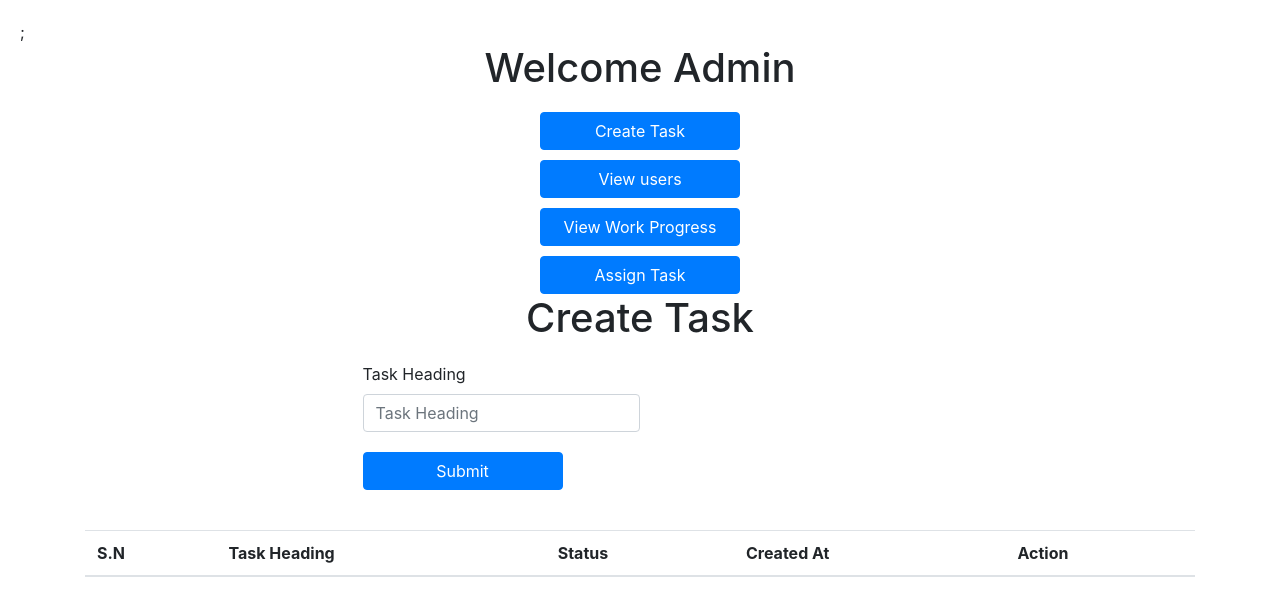
Repository: neha-rouniyar/taskmgmt
Page: http://localhost/admin/create-task
These files come from the project's save history. The page is drawn as it stood at one moment and after the next save; the edit follows.
The browser window is 1280 px wide. The pictures show the whole page.
Some web libraries are served in a nearby version. The page is served by the project's Laravel application, run on PHP 8.4 with Laravel 10. Other server files are loaded and not shown. Queries for data that is not in the repository find no rows.

Above is the page before, as saved 2023-12-16 00:01:14.

### routes/web.php
<?php

use App\Http\Controllers\AdminController;
use App\Http\Controllers\AssignTaskController;
use Illuminate\Support\Facades\Route;
use App\Http\Controllers\LoginController;
use App\Models\AssignTask;

/*
|--------------------------------------------------------------------------
| Web Routes
|--------------------------------------------------------------------------
|
| Here is where you can register web routes for your application. These
| routes are loaded by the RouteServiceProvider and all of them will
| be assigned to the "web" middleware group. Make something great!
|
*/

Route::get('/', function () {
    return view('welcome');
});
Route::get('/login-form',[LoginController::class,'index'])->name('login.form');
Route::post('/login-form-submit',[LoginController::class,'loginFormSubmit'])->name('login.form.submit');




Route::get('/register-form',[LoginController::class,'index2'])->name('register.form');
Route::post('/register-form-submit',[LoginController::class,'registerFormSubmit'])->name('register.form.submit');


//user dashboard
Route::get('/user-dashboard',[LoginController::class,'userDashboard'])->name('user.dashboard');
Route::get('/admin-dashboard',[LoginController::class,'adminDashboard'])->name('admin.dashboard');


//admin
Route::get('/admin/view-users',[AdminController::class,'viewUsers'])->name('admin.view.users');
Route::get('/admin/create-task',[AdminController::class,'createTask'])->name('admin.create.task');
Route::get('/admin/view-work-progress',[AdminController::class,'viewWorkProgress'])->name('admin.view.workprogress');

//admin-task
Route::post('/admin/task-submit',[AdminController::class,'taskSubmit'])->name('admin.task.submit');
Route::get('/admin/edit-task/{id}',[AdminController::class,'taskEdit'])->name('task.edit');
Route::post('/admin/update-task/{id}',[AdminController::class,'taskUpdate'])->name('task.update');
Route::get('/admin/delete-task/{id}',[AdminController::class,'taskDelete'])->name('task.delete');
Route::get('/admin/task-assign',[AdminController::class,'taskAssign'])->name('admin.task.assign');
Route::post('/admin/task-assign-submit',[AdminController::class,'taskAssignSubmit'])->name('admin.task.assign.submit');




//user-task
Route::get('/user-view-assgned-task',[AssignTaskController::class,'viewTaskAssigned'])->name('user.view.assigned.task');
Route::get('/verify-email/{token}',[AdminController::class,'verifyEmail'])->name('verify.email');


Route::get('/user/accept-task/{id}',[AssignTaskController::class,'acceptTask'])->name('accept.task');
Route::get('/user/reject-task/{id}',[AssignTaskController::class,'rejectTask'])->name('reject.task');
Route::get('/user/task-complete/{id}',[AssignTaskController::class,'completeTask'])->name('task.complete');

### app/Http/Controllers/AdminController.php
<?php

namespace App\Http\Controllers;

use App\Models\AssignTask;
use App\Models\EmailVerification;
use App\Models\Task;
use App\Models\User;
use Carbon\Carbon;
use Illuminate\Http\Request;

class AdminController extends Controller
{
    public function viewUsers()
    {
        $users=User::all()->where('usertype','regular');
        // dd($users);
        return view('admin.viewUsers',compact('users'));
    }
    public function createTask()
    {
        $tasks=Task::all();
        return view('admin.task.create',compact('tasks'));
    }
    public function viewWorkProgress()
    {
        return view('admin.task.workprogress');
    }
    public function taskSubmit(Request $request)
    {
        $data=$request->validate([
            'heading'=>'required'
        ]);
        $task=new Task();
        $task->task_heading=$data['heading'];
        $task->save();
        return back()->with('success','Task Created Successfully');
    }
    public function taskEdit(Request $request)
    {
        $data=Task::find($request->id);
        return view('admin.task.edit',compact('data'));
    }
    public function taskUpdate(Request $request)
    {
        $rule=$request->validate([
            'heading'=>'required'
        ]);
        $data=Task::find($request->id);
        $data->task_heading=$rule['heading'];
        $data->save();
        return redirect()->route('admin.create.task')->with('update','Task Updated Successfully');
    }
    public function taskDelete(Request $request)
    {
        $data=Task::find($request->id);
        $data->status=1;
        $data->save();
        return back()->with('delete','Task Deleted Successfully');

    }
    public function taskAssign()
    {
        $task=Task::all()->where('status',0);
        $users=User::all()->where('usertype','regular');
        return view('admin.task.assign',compact('users','task'));
    }
    public function taskAssignSubmit(Request $request)
    {
        $taskAssign=new AssignTask();
        $taskAssign->task_id=$request->task;
        $taskAssign->user_id=$request->user;
        $taskAssign->save();
        return back()->with('message','Task Assigned to user... Waiting to be verified');
    }
    public function verifyEmail(Request $request,$id)
    {
        $token=$request->token;
        $userData=User::where('token',$token)->first();
        $emailVerificationData=EmailVerification::where('token',$token)->first();
        $time=Carbon::now();
        $currentTime=$time->toDateTimeString();
        if($userData->token == $emailVerificationData->token){
            if($emailVerificationData->expiry_at > $currentTime)
            {
                $userId=$userData->id;
                $userData=User::find($userId);
                $userData->status=1;
                $userData->save();
                return redirect('/login-form')->with('msgs','Please login to continue');
            }else{
                return redirect()->route('register.form')->with('linkExpiry','Your Link to email verification failed. Please Register Again');
            }
        }
    }
    // php artisan serve --port=443 --to run in https port
}

### app/Models/Task.php
<?php

namespace App\Models;

use Illuminate\Database\Eloquent\Factories\HasFactory;
use Illuminate\Database\Eloquent\Model;

class Task extends Model
{
    use HasFactory;
    public function assignedTask()
    {
        return $this->hasMany(AssignTask::class,'task_id','id');
    }

}

### resources/views/admin/task/create.blade.php
@extends('admin.dashboard');
@section('admin-content')
<style>
  .form-group {
      margin-bottom: 20px;
  }

  .custom-dropdown {
      position: relative;
      width: 100%;
  }

  .custom-select {
      width: 50%;
      box-sizing: border-box;
      border: 1px solid #ccc;
      border-radius: 4px;
      appearance: none;
      background-color: #fff;
      cursor: pointer;
  }

  .custom-dropdown-arrow {
      position: absolute;
      top: 50%;
      right: 10px;
      transform: translateY(-50%);
      border: solid #555;
      border-width: 0 2px 2px 0;
      display: inline-block;
      padding: 3px;
      transition: transform 0.3s ease-in-out;
  }

  .custom-select:focus + .custom-dropdown-arrow {
      transform: translateY(-50%) rotate(-45deg);
  }

  /* Style for the dropdown options */
  .custom-select option {
      padding: 10px;
  }

  /* Adjustments for centering */
  .container {
      display: flex;
      flex-direction: column;
      align-items: center;
  }

  h1 {
      margin-bottom: 20px;
  }

  form {
      width: 50%; /* Adjust the width as needed */
  }
</style>
<div class="container">
    <h1>Create Task</h1>
    @if (session('success'))
    <div class="alert alert-success alert-dismissible fade show" role="alert">
        <p style="color: rgb(11, 130, 43)8, 28, 0)">{{session('success')}}</p>
        <button type="button" class="close" data-dismiss="alert" aria-label="Close">
          <span aria-hidden="true">&times;</span>
        </button>
      </div>

    @endif
    @if (session('update'))
    <div class="alert alert-success alert-dismissible fade show" role="alert">
        <p style="color: rgb(0, 128, 30)8, 28, 0)">{{session('update')}}</p>
        <button type="button" class="close" data-dismiss="alert" aria-label="Close">
          <span aria-hidden="true">&times;</span>
        </button>
      </div>

    @endif
    @if (session('delete'))
    <div class="alert alert-success alert-dismissible fade show" role="alert">
        <p style="color: rgb(0, 128, 30)8, 28, 0)">{{session('delete')}}</p>
        <button type="button" class="close" data-dismiss="alert" aria-label="Close">
          <span aria-hidden="true">&times;</span>
        </button>
      </div>

    @endif
<form action="{{route('admin.task.submit')}}" method="POST">
    @csrf
      <div class="form-group">
        <label for="exampleInputEmail1">Task Heading</label>
        <input style="width: 50%" type="text" name="heading" class="form-control" id="exampleInputEmail1" aria-describedby="emailHelp" placeholder="Task Heading" required>
      </div>
      <button type="submit" class="btn btn-primary">Submit</button>
    </form>
    <table class="table mt-4">
        <thead>
          <tr>
            <th scope="col">S.N</th>
            <th scope="col">Task Heading</th>
            <th scope="col">Status</th>
            <th scope="col">Created At</th>
            <th scope="col">Action</th>
          </tr>
        </thead>
        <tbody>
            @php
                $i=1;
            @endphp
            @foreach ($tasks as $data )
            @if ($data->status==0)
          <tr>
            <th>{{$i++}}</th>
            <td>{{$data->task_heading}}</td>
            <td>{{$data->status}}</td>
            <td>{{$data->created_at}}</td>
            <td>
                <a href="{{route('task.edit',$data->id)}}"><button style="width: 20%" type="button" class="btn btn-primary">Edit</button></a>
                <a href="{{route('task.delete',$data->id)}}"><button style="width: 30%" type="button" class="btn btn-danger">Delete</button></a>
            </td>
          </tr>
          @endif
          @endforeach
        </tbody>
      </table>
</div>
@endsection

### resources/views/admin/dashboard.blade.php
<!doctype html>
<html lang="en">
  <head>
    <!-- Required meta tags -->
    <meta charset="utf-8">
    <meta name="viewport" content="width=device-width, initial-scale=1, shrink-to-fit=no">

    <!-- Bootstrap CSS -->
    <link rel="stylesheet" href="https://cdn.jsdelivr.net/npm/bootstrap@4.0.0/dist/css/bootstrap.min.css" integrity="sha384-Gn5384xqQ1aoWXA+058RXPxPg6fy4IWvTNh0E263XmFcJlSAwiGgFAW/dAiS6JXm" crossorigin="anonymous">
    <style>
      body {
          padding: 20px;
      }

      h1 {
          margin-bottom: 20px;
      }

      .btn-container {
          display: flex;
          flex-direction: column;
          gap: 10px;
      }

      .btn-container a {
          text-decoration: none;
      }

      .btn {
          width: 200px;
      }
  </style>
    <title>Hello, world!</title>
  </head>
  <body>
    <div class="container text-center">
        <h1>Welcome Admin</h1>
        <div class="btn-container">
            <a href="{{route('admin.create.task')}}">
                <button type="button" class="btn btn-primary">Create Task</button>
            </a>
            <a href="{{route('admin.view.users')}}">
                <button type="button" class="btn btn-primary">View users</button>
            </a>
            <a href="{{route('admin.view.workprogress')}}">
                <button type="button" class="btn btn-primary">View Work Progress</button>
            </a>
            <a href="{{route('admin.task.assign')}}">
                <button type="button" class="btn btn-primary">Assign Task</button>
            </a>
        </div>
    </div>
    @yield('admin-content')
    <script src="https://code.jquery.com/jquery-3.2.1.slim.min.js" integrity="sha384-KJ3o2DKtIkvYIK3UENzmM7KCkRr/rE9/Qpg6aAZGJwFDMVNA/GpGFF93hXpG5KkN" crossorigin="anonymous"></script>
    <script src="https://cdn.jsdelivr.net/npm/popper.js@1.12.9/dist/umd/popper.min.js" integrity="sha384-ApNbgh9B+Y1QKtv3Rn7W3mgPxhU9K/ScQsAP7hUibX39j7fakFPskvXusvfa0b4Q" crossorigin="anonymous"></script>
    <script src="https://cdn.jsdelivr.net/npm/bootstrap@4.0.0/dist/js/bootstrap.min.js" integrity="sha384-JZR6Spejh4U02d8jOt6vLEHfe/JQGiRRSQQxSfFWpi1MquVdAyjUar5+76PVCmYl" crossorigin="anonymous"></script>
</body>
</html>

Loaded but not shown: app/Http/Controllers/Controller.php (common file)

After the next save:
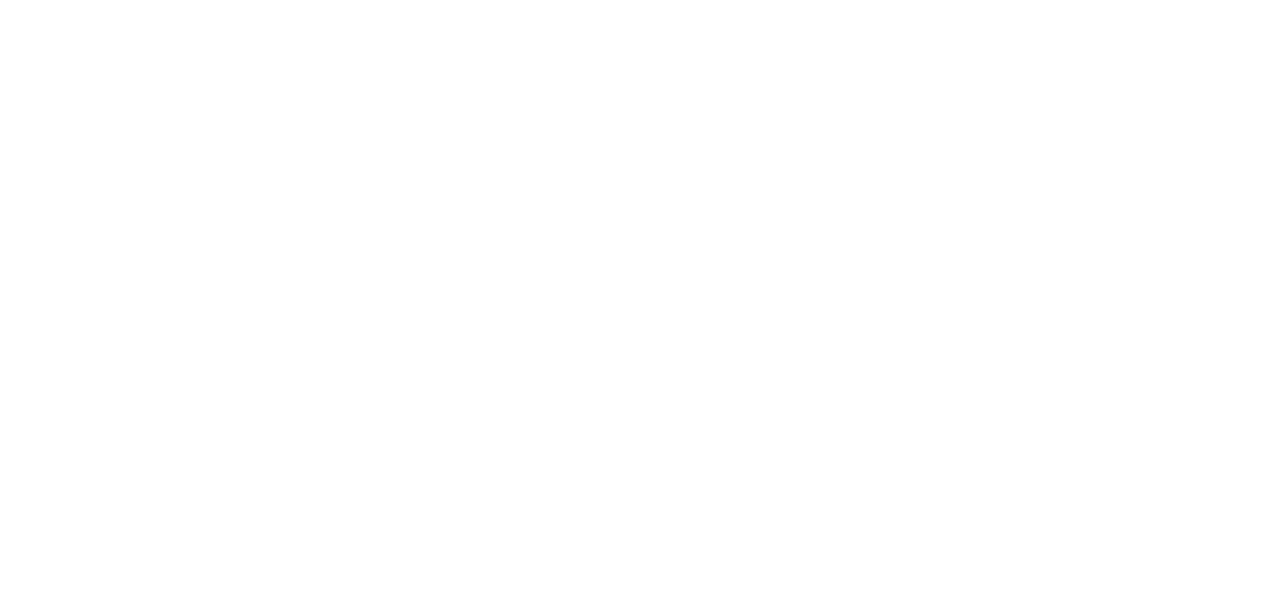
Saved 21 s later.
--- a/resources/views/admin/task/create.blade.php
+++ b/resources/views/admin/task/create.blade.php
@@ -1,4 +1,4 @@
-@extends('admin.dashboard');
+
 @section('admin-content')
 <style>
   .form-group {

After the save that followed:
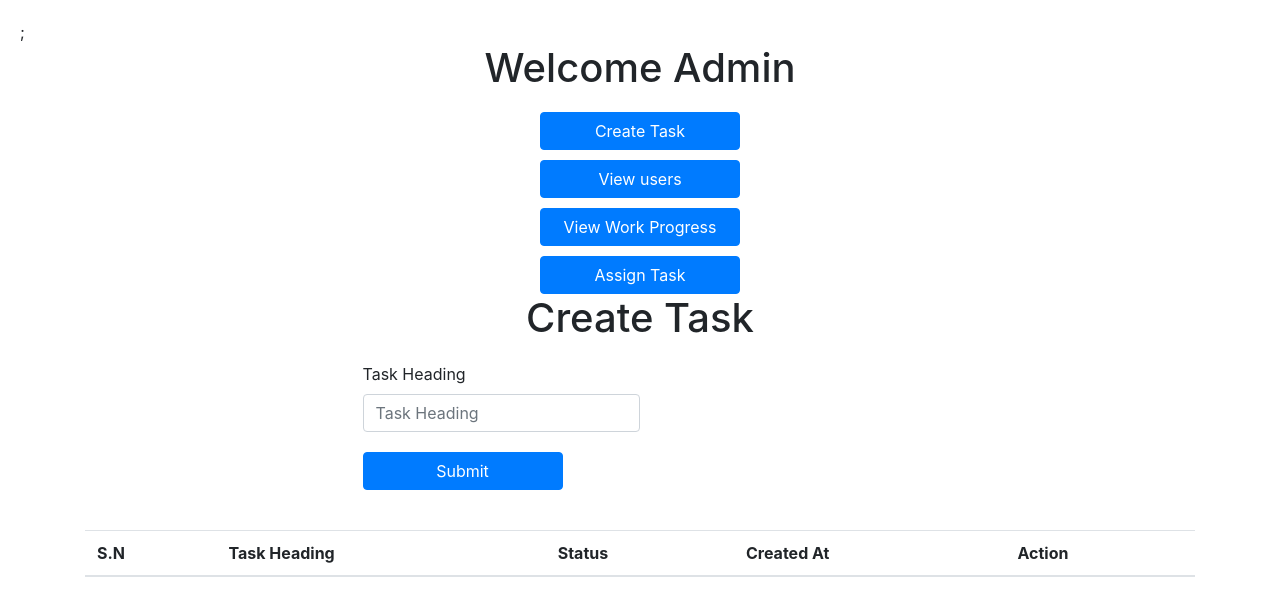
Saved 30 s later.
--- a/resources/views/admin/task/create.blade.php
+++ b/resources/views/admin/task/create.blade.php
@@ -1,4 +1,4 @@
-
+@extends('admin.dashboard');
 @section('admin-content')
 <style>
   .form-group {
